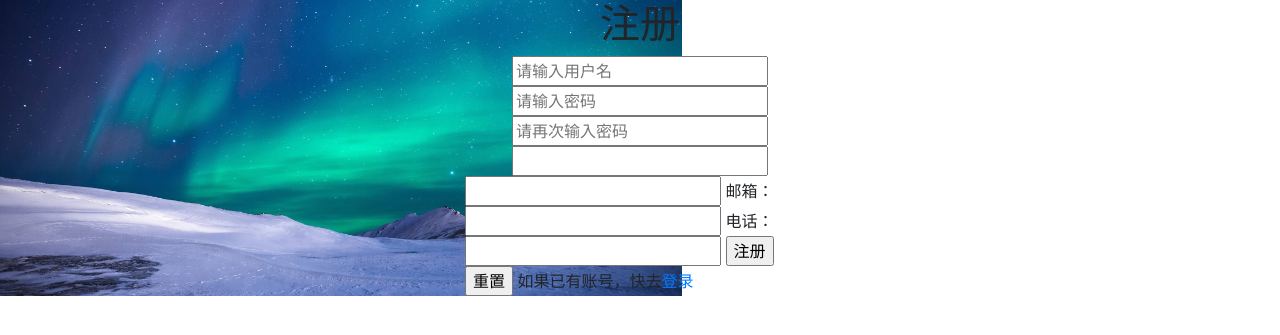
Repository: DHUAVH/Blog
Page: http://localhost/register.php
An editor plug-in stored every save of this project. The page is shown before and after the next save, followed by the edit.
The browser window is 1280 px wide. The pictures show the whole page.
Some web libraries are served in a nearby version. The page is run by PHP 8.4 with error messages shown; the project is at /var/www/html/.

Above is the page before, as saved 2020-11-29 18:09:25.

After the next save:
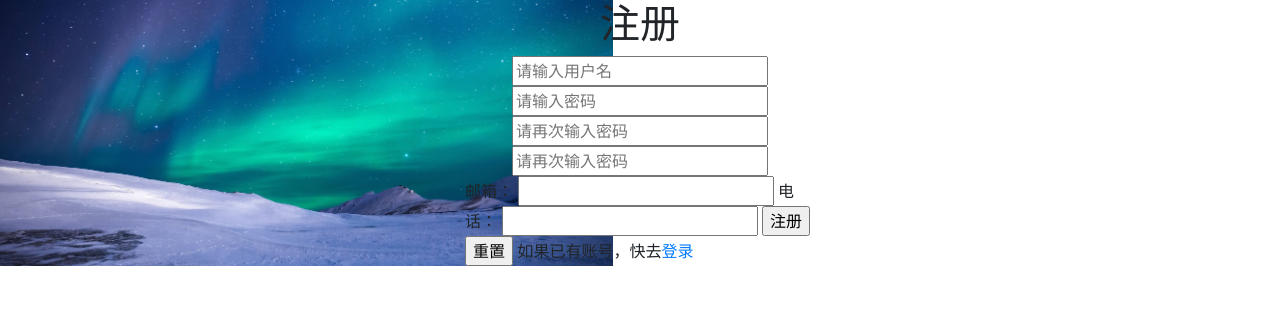
Saved 96 s later.
--- a/register.php
+++ b/register.php
@@ -26,16 +26,14 @@
                     </div>
 
                     <div class="text-center">
-                        <input type="password" name="password" placeholder="请再次输入密码" required>
+                        <input type="password" name="re_password" placeholder="请再次输入密码"  required>
                     </div>
 
                     <div class="text-center">
-                        <input type="password" name="password" required>
+                        <input type="email" name="email" placeholder="请再次输入密码"  required>
                     </div>
 
 
-
-                            <input type="password" name="re_password" required>
 
                             <td>邮箱：</td> <td><input type="email" name="email" required></td>
 
